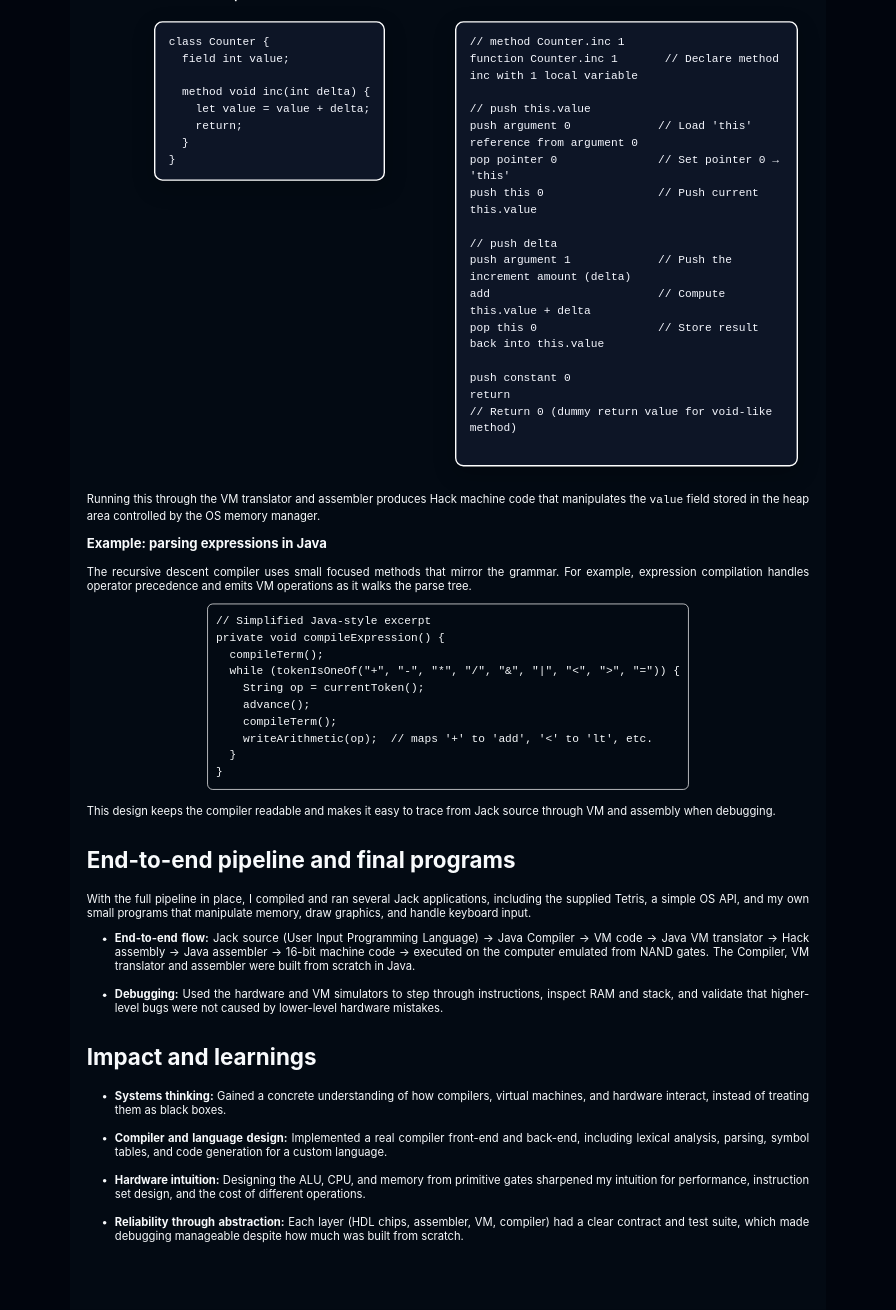
Repository: Abdulaziz-04/Abdulaziz-04.github.io
Page: deepdives/backend_systems/nand2tetris/nand2tetris.html
These files come from the project's save history. The page is drawn as it stood at one moment and after the next save; the edit follows.
The browser window is 1280 px wide. The pictures show the part of the page from y = 4555 to 6475 px (the page is 6427 px tall before and 6475 px after), at 70% of full size.

Above is the page before, as saved 2025-11-20 21:49:30.

After the next save:
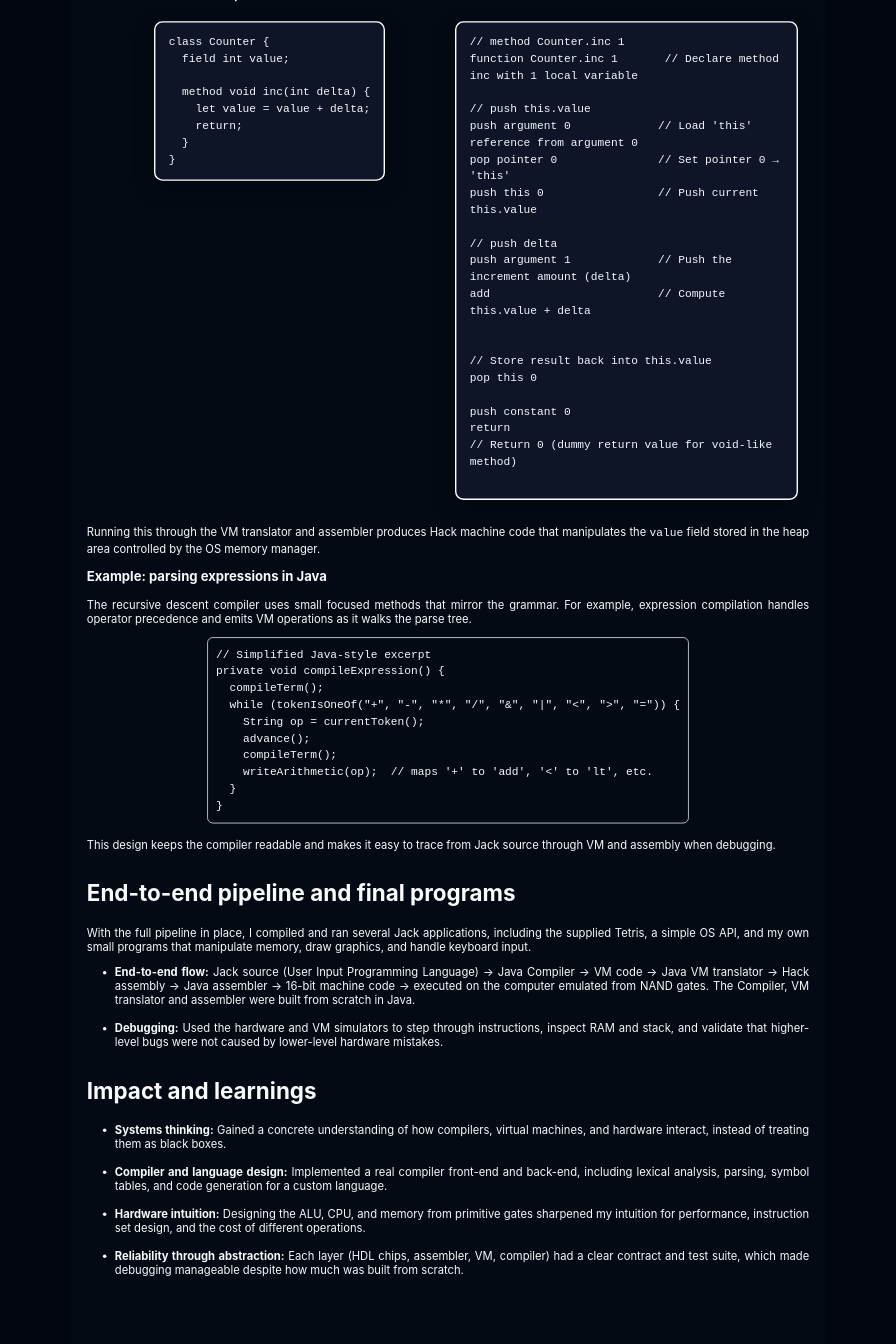
Saved 22 s later.
--- a/deepdives/backend_systems/nand2tetris/nand2tetris.html
+++ b/deepdives/backend_systems/nand2tetris/nand2tetris.html
@@ -493,7 +493,10 @@ push this 0                 // Push current this.value
 // push delta
 push argument 1             // Push the increment amount (delta)
 add                         // Compute this.value + delta
-pop this 0                  // Store result back into this.value
+
+
+// Store result back into this.value
+pop this 0
 
 push constant 0
 return
